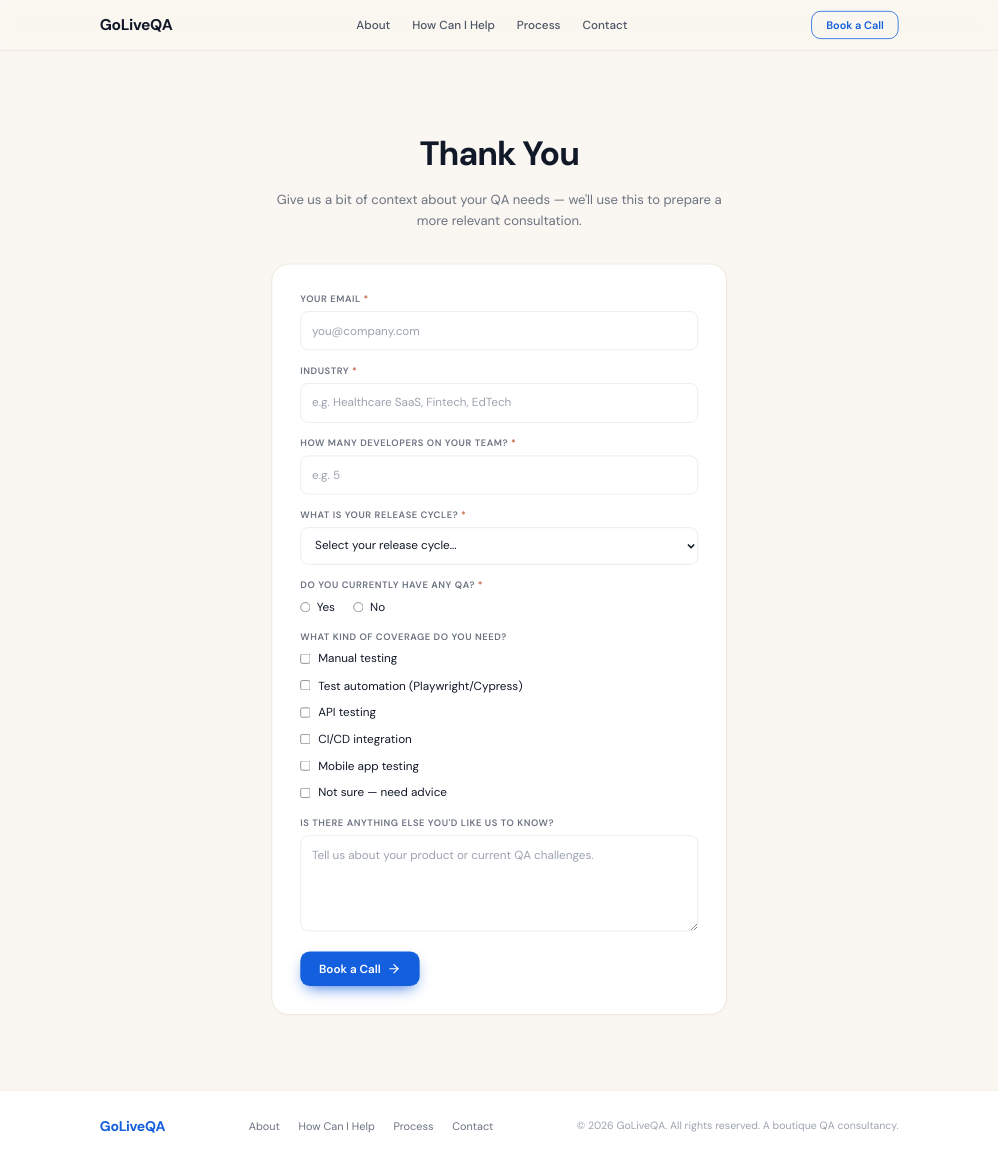
Repository: Monika281992/GoLiveQA
Page: /book-a-call
The author's editor kept a copy of each file at every save. The page is drawn from the files as they stood at one save, then again after the next save.
The browser window is 1280 px wide. The pictures show the whole page, at 78% of full size.
The project was rebuilt for these pictures with package versions that can differ from the ones it lists, and the page was loaded fresh each time. The framework's server and built-in components were replaced by stand-ins that run in the browser. Also part of the build but not shown: next.config.mjs.

Above is the page before, as saved 2026-06-27 11:28:56.

### app/layout.tsx
import type { Metadata } from "next";
import { DM_Sans, Kaushan_Script } from "next/font/google";
import "./globals.css";

const dmSans = DM_Sans({
  subsets: ["latin"],
  weight: ["300", "400", "500", "600", "700"],
  variable: "--font-sans",
  display: "swap",
});

const kaushan = Kaushan_Script({
  subsets: ["latin"],
  weight: "400",
  variable: "--font-script",
  display: "swap",
});

export const metadata: Metadata = {
  title: "GoLiveQA",
  description:
    "Senior QA engineer with 9 years of hands-on experience testing Healthcare, SaaS, AI & Real Estate products at startups across India and US. Playwright, Cypress, Postman. Available remotely.",
};

export default function RootLayout({
  children,
}: {
  children: React.ReactNode;
}) {
  return (
    <html lang="en" className={`${dmSans.variable} ${kaushan.variable}`}>
      <body className="font-sans leading-relaxed">{children}</body>
    </html>
  );
}

### app/book-a-call/page.tsx
import { BookCall } from "@/components/BookCall";
import { Navbar } from "@/components/navbar";
import { Footer } from "@/components/footer";

export const metadata = {
  title: "Book a Call — GoLiveQA",
  description: "Tell us about your QA needs and we'll be in touch within 24 hours.",
};

export default function BookACallPage() {
  return (
    <div className="min-h-screen bg-surface">
      <Navbar />
      <main className="mx-auto max-w-[680px] px-5 py-16 sm:px-8 md:py-24 lg:px-12">
        <div className="mb-10 text-center">
          <h1 className="text-[clamp(2rem,4.4vw,2.7rem)] font-bold tracking-[-0.03em] text-ink">
            Thank You
          </h1>
          <p className="mt-3 text-[1.05rem] leading-relaxed text-muted">
            Give us a bit of context about your QA needs — we'll use this to prepare a more relevant consultation.
          </p>
        </div>
        <BookCall />
      </main>
      <Footer />
    </div>
  );
}

### app/globals.css
@tailwind base;
@tailwind components;
@tailwind utilities;

html {
  scroll-behavior: smooth;
}

body {
  background-color: #faf7f2;
  color: #4b5563;
  -webkit-font-smoothing: antialiased;
}

### components/BookCall.jsx
"use client";

import { useState, useEffect } from "react";
import { useSearchParams } from "next/navigation";
import { ArrowRight } from "lucide-react";
import { Button } from "@/components/ui/button";

const labelClass =
  "mb-2 block text-xs font-semibold uppercase tracking-[0.06em] text-muted";
const fieldClass =
  "w-full rounded-[10px] border border-gray-200 bg-white px-3.5 py-3 text-[15px] text-ink transition-all outline-none focus:border-brand focus:ring-[3px] focus:ring-brand/15";

const coverageOptions = [
  "Manual testing",
  "Test automation (Playwright/Cypress)",
  "API testing",
  "CI/CD integration",
  "Mobile app testing",
  "Not sure — need advice",
];

const releaseCycles = [
  "Select your release cycle...",
  "Multiple times a day",
  "Once a day",
  "2-3 times a week",
  "Once a week",
  "Every 2 weeks (bi-weekly)",
  "Once a month",
  "Ad hoc / no fixed schedule",
  "Not sure yet",
];

export function BookCall() {
  const searchParams = useSearchParams();
  const [formData, setFormData] = useState({
    email: "",
    industry: "",
    developers: "",
    releaseCycle: "",
    hasQA: "",
    qaEngineers: "",
    coverage: [],
    notes: "",
  });

  useEffect(() => {
    const emailFromUrl = searchParams.get("email");
    if (emailFromUrl) {
      setFormData((prev) => ({ ...prev, email: emailFromUrl }));
    }
  }, [searchParams]);
  const [isSubmitting, setIsSubmitting] = useState(false);
  const [isSuccess, setIsSuccess] = useState(false);
  const [error, setError] = useState("");

  function handleChange(e) {
    setFormData({ ...formData, [e.target.name]: e.target.value });
  }

  function handleCoverage(option) {
    setFormData((prev) => ({
      ...prev,
      coverage: prev.coverage.includes(option)
        ? prev.coverage.filter((o) => o !== option)
        : [...prev.coverage, option],
    }));
  }

  async function handleSubmit(e) {
    e.preventDefault();
    setIsSubmitting(true);
    setError("");
    try {
      const res = await fetch("/api/book-call", {
        method: "POST",
        headers: { "Content-Type": "application/json" },
        body: JSON.stringify(formData),
      });
      if (!res.ok) throw new Error();
      setIsSuccess(true);
    } catch {
      setError("Failed to submit. Please try again.");
    } finally {
      setIsSubmitting(false);
    }
  }

  if (isSuccess) {
    return (
      <div className="flex flex-col items-center justify-center gap-6 rounded-[22px] border border-hairline bg-white p-9 shadow-card text-center">
        <div className="flex h-20 w-20 items-center justify-center rounded-full bg-green-100">
          <ArrowRight className="h-9 w-9 text-green-600" />
        </div>
        <div>
          <h3 className="mb-2 text-2xl font-bold text-ink">We'll be in touch soon!</h3>
          <p className="text-base text-muted">
            Thanks for filling out the form. We'll review your details and reach out within 24 hours.
          </p>
        </div>
        <Button variant="outline" onClick={() => setIsSuccess(false)}>
          Submit Another
        </Button>
      </div>
    );
  }

  return (
    <form
      onSubmit={handleSubmit}
      className="flex flex-col gap-[18px] rounded-[22px] border border-hairline bg-white p-6 shadow-card sm:p-9"
    >
      {error && (
        <div className="rounded-lg border border-red-200 bg-red-50 px-4 py-3 text-sm text-red-800">
          {error}
        </div>
      )}

      {/* Email */}
      <div>
        <label className={labelClass}>
          Your Email <span className="text-accent">*</span>
        </label>
        <input
          type="email"
          name="email"
          value={formData.email}
          onChange={handleChange}
          placeholder="you@company.com"
          className={fieldClass}
          required
        />
      </div>

      {/* 1. Industry */}
      <div>
        <label className={labelClass}>
          Industry <span className="text-accent">*</span>
        </label>
        <input
          type="text"
          name="industry"
          value={formData.industry}
          onChange={handleChange}
          placeholder="e.g. Healthcare SaaS, Fintech, EdTech"
          className={fieldClass}
          required
        />
      </div>

      {/* 2. Developers */}
      <div>
        <label className={labelClass}>
          How many developers on your team? <span className="text-accent">*</span>
        </label>
        <input
          type="number"
          name="developers"
          value={formData.developers}
          onChange={handleChange}
          placeholder="e.g. 5"
          min={1}
          className={fieldClass}
          required
        />
      </div>

      {/* 3. Release cycle */}
      <div>
        <label className={labelClass}>
          What is your release cycle? <span className="text-accent">*</span>
        </label>
        <select
          name="releaseCycle"
          value={formData.releaseCycle}
          onChange={handleChange}
          className={fieldClass}
          required
        >
          {releaseCycles.map((c) => (
            <option key={c} value={c === releaseCycles[0] ? "" : c} disabled={c === releaseCycles[0]}>
              {c}
            </option>
          ))}
        </select>
      </div>

      {/* 4. Has QA */}
      <div>
        <label className={labelClass}>
          Do you currently have any QA? <span className="text-accent">*</span>
        </label>
        <div className="flex gap-6">
          {["Yes", "No"].map((opt) => (
            <label key={opt} className="flex cursor-pointer items-center gap-2 text-[15px] text-ink">
              <input
                type="radio"
                name="hasQA"
                value={opt}
                checked={formData.hasQA === opt}
                onChange={handleChange}
                required
                className="accent-brand"
              />
              {opt}
            </label>
          ))}
        </div>
        {formData.hasQA === "Yes" && (
          <div className="mt-3">
            <label className={labelClass}>How many QA engineers?</label>
            <input
              type="number"
              name="qaEngineers"
              value={formData.qaEngineers}
              onChange={handleChange}
              min={1}
              placeholder="e.g. 2"
              className={fieldClass}
            />
          </div>
        )}
      </div>

      {/* 5. Coverage */}
      <div>
        <label className={labelClass}>What kind of coverage do you need?</label>
        <div className="flex flex-col gap-2.5">
          {coverageOptions.map((opt) => (
            <label key={opt} className="flex cursor-pointer items-center gap-2.5 text-[15px] text-ink">
              <input
                type="checkbox"
                checked={formData.coverage.includes(opt)}
                onChange={() => handleCoverage(opt)}
                className="accent-brand h-4 w-4 rounded"
              />
              {opt}
            </label>
          ))}
        </div>
      </div>

      {/* 6. Notes */}
      <div>
        <label className={labelClass}>Is there anything else you'd like us to know?</label>
        <textarea
          name="notes"
          value={formData.notes}
          onChange={handleChange}
          rows={4}
          placeholder="Tell us about your product or current QA challenges."
          className={`${fieldClass} resize-y`}
        />
      </div>

      <Button type="submit" className="self-start" disabled={isSubmitting}>
        {isSubmitting ? "Submitting…" : "Book a Call"}
        <ArrowRight className="h-[18px] w-[18px]" />
      </Button>
    </form>
  );
}

### components/navbar.tsx
import { Button } from "@/components/ui/button";

const links = [
  { label: "About", href: "#about" },
  { label: "How Can I Help", href: "#services" },
  { label: "Process", href: "#process" },
  { label: "Contact", href: "#contact" },
];

export function Navbar() {
  return (
    <header className="sticky top-0 z-50 border-b border-hairline bg-surface/80 backdrop-blur-md backdrop-saturate-150">
      <nav className="mx-auto flex max-w-container flex-wrap items-center justify-between gap-4 px-5 py-3.5 sm:px-8 lg:px-12">
        <a
          href="#top"
          className="text-xl font-bold tracking-tight text-ink"
        >
          GoLiveQA
        </a>
        <div className="flex flex-wrap items-center gap-7">
          {links.map((l) => (
            <a
              key={l.href}
              href={l.href}
              className="text-[15px] font-medium text-body transition-colors hover:text-ink"
            >
              {l.label}
            </a>
          ))}
        </div>
        <Button asChild variant="outline" size="sm">
          <a href="/book-a-call">Book a Call</a>
        </Button>
      </nav>
    </header>
  );
}

### components/footer.tsx
const links = [
  { label: "About", href: "#about" },
  { label: "How Can I Help", href: "#services" },
  { label: "Process", href: "#process" },
  { label: "Contact", href: "#contact" },
];

export function Footer() {
  return (
    <footer className="border-t border-hairline bg-white py-8">
      <div className="mx-auto flex max-w-container flex-wrap items-center justify-between gap-x-7 gap-y-4 px-5 sm:px-8 lg:px-12">
        <a href="#top" className="text-lg font-bold tracking-tight text-brand">
          GoLiveQA
        </a>
        <div className="flex flex-wrap gap-6">
          {links.map((l) => (
            <a
              key={l.href}
              href={l.href}
              className="text-sm text-muted transition-colors hover:text-ink"
            >
              {l.label}
            </a>
          ))}
        </div>
        <p className="text-[13.5px] text-faint">
          © 2026 GoLiveQA. All rights reserved. A boutique QA consultancy.
        </p>
      </div>
    </footer>
  );
}

### components/ui/button.tsx
import * as React from "react";
import { Slot } from "@radix-ui/react-slot";
import { cva, type VariantProps } from "class-variance-authority";
import { cn } from "@/lib/utils";

const buttonVariants = cva(
  "inline-flex items-center justify-center gap-2 whitespace-nowrap rounded-xl font-semibold transition-all focus-visible:outline-none focus-visible:ring-2 focus-visible:ring-brand/40 focus-visible:ring-offset-2 disabled:pointer-events-none disabled:opacity-50",
  {
    variants: {
      variant: {
        default:
          "bg-brand text-white shadow-brand hover:bg-brand-dark hover:-translate-y-0.5",
        outline:
          "border-[1.5px] border-brand text-brand hover:bg-brand hover:text-white",
        ghost: "text-brand hover:bg-brand/5",
      },
      size: {
        default: "h-11 px-6 text-[15px]",
        lg: "h-[52px] px-7 text-base",
        sm: "h-9 px-[18px] text-sm",
      },
    },
    defaultVariants: {
      variant: "default",
      size: "default",
    },
  }
);

export interface ButtonProps
  extends React.ButtonHTMLAttributes<HTMLButtonElement>,
    VariantProps<typeof buttonVariants> {
  asChild?: boolean;
}

const Button = React.forwardRef<HTMLButtonElement, ButtonProps>(
  ({ className, variant, size, asChild = false, ...props }, ref) => {
    const Comp = asChild ? Slot : "button";
    return (
      <Comp
        className={cn(buttonVariants({ variant, size, className }))}
        ref={ref}
        {...props}
      />
    );
  }
);
Button.displayName = "Button";

export { Button, buttonVariants };

### tailwind.config.ts
import type { Config } from "tailwindcss";

const config: Config = {
  content: [
    "./app/**/*.{ts,tsx}",
    "./components/**/*.{ts,tsx}",
  ],
  theme: {
    extend: {
      colors: {
        // Brand action color (blue) — CTAs, links
        brand: { DEFAULT: "#145fdd", dark: "#0d46b8" },
        // Warm personal accent (terracotta) — eyebrows, badges, signature
        accent: { DEFAULT: "#c2613f", soft: "#f6ebe5" },
        // Warm surfaces
        surface: { DEFAULT: "#faf7f2", soft: "#f4ede2" },
        hairline: "#ece4d7",
        // Text
        ink: "#111827",
        body: "#4b5563",
        muted: "#6b7280",
        faint: "#9ca3af",
      },
      fontFamily: {
        sans: ["var(--font-sans)", "system-ui", "sans-serif"],
        script: ["var(--font-script)", "cursive"],
      },
      maxWidth: {
        container: "1120px",
      },
      boxShadow: {
        card: "0 1px 3px rgba(0,0,0,0.03)",
        lift: "0 20px 40px -18px rgba(0,0,0,0.16)",
        brand: "0 8px 20px -8px rgba(20,95,221,0.5)",
        photo: "0 18px 44px -22px rgba(0,0,0,0.28)",
        cta: "0 28px 70px -34px rgba(0,0,0,0.22)",
      },
    },
  },
  plugins: [],
};

export default config;

Loaded but not shown: lib/utils.ts (common file)

After the next save:
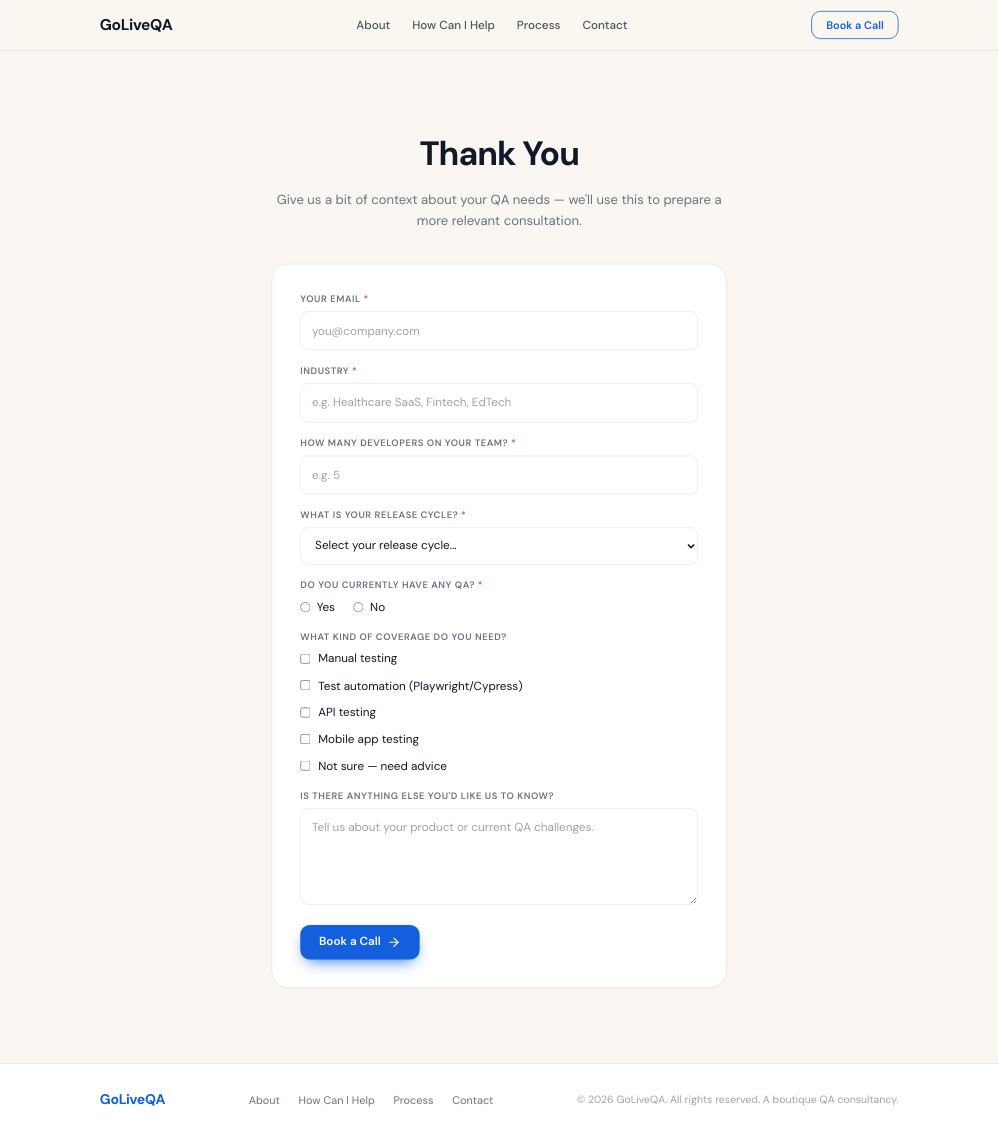
Saved 113 s later.
--- a/components/BookCall.jsx
+++ b/components/BookCall.jsx
@@ -14,7 +14,6 @@ const coverageOptions = [
   "Manual testing",
   "Test automation (Playwright/Cypress)",
   "API testing",
-  "CI/CD integration",
   "Mobile app testing",
   "Not sure — need advice",
 ];
